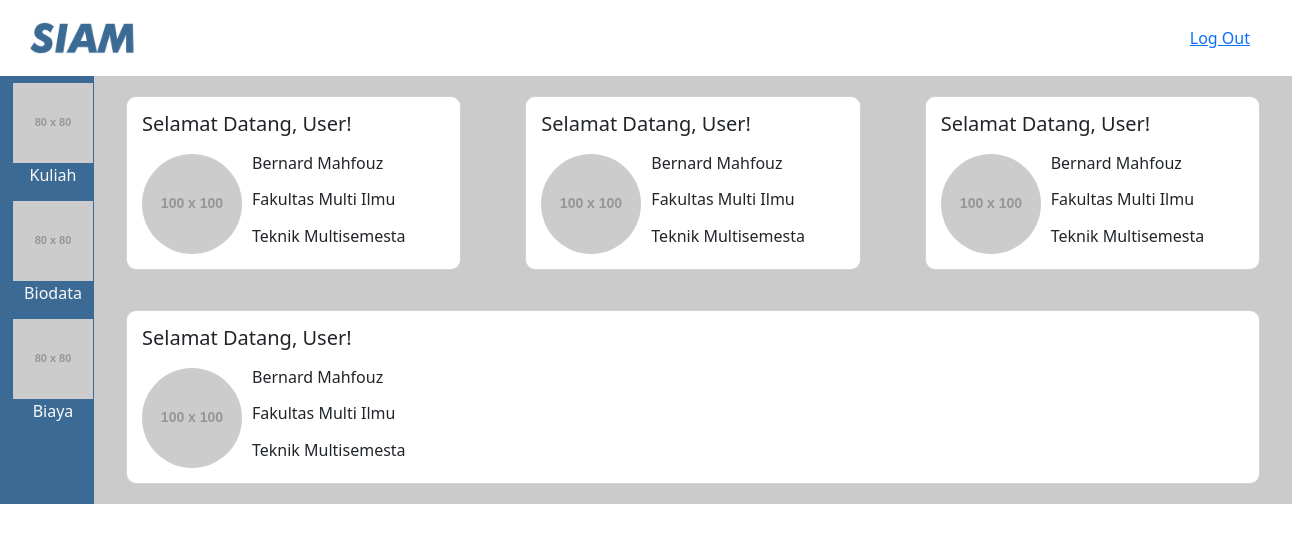
Repository: haikalirf/Project-IMK
Page: kuliah.html
An editor plug-in stored every save of this project. The page is shown before and after the next save, followed by the edit.
The browser window is 1280 px wide. The page is 1292 px wide, so the pictures cover 1292 px, including what lies to the right of the window. The pictures show the whole page.

Above is the page before, as saved 2022-12-10 13:46:52.

After the next save:
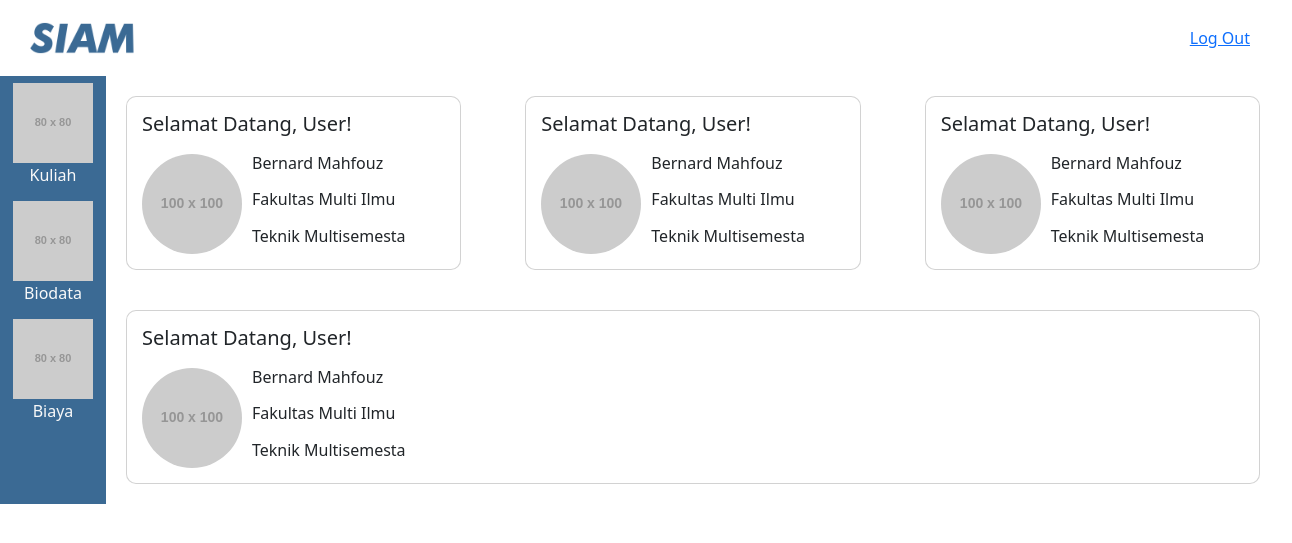
Saved 11 s later.
--- a/kuliah.html
+++ b/kuliah.html
@@ -37,7 +37,7 @@
 		<main>
 
 		</main>
-		<main class="row">
+		<div class="row">
 			<div class="col">
 				<div class="card" id="card-user">
 					<h5 class="card-title">Selamat Datang, User!</h5>
@@ -90,7 +90,7 @@
 					</div>
 				</div>
 			</div>
-		</main>
+		</div>
 	</div>
 	<script src="https://cdn.jsdelivr.net/npm/bootstrap@5.2.3/dist/js/bootstrap.bundle.min.js" integrity="sha384-kenU1KFdBIe4zVF0s0G1M5b4hcpxyD9F7jL+jjXkk+Q2h455rYXK/7HAuoJl+0I4" crossorigin="anonymous"></script>
 </body>

After the 2 saves that followed:
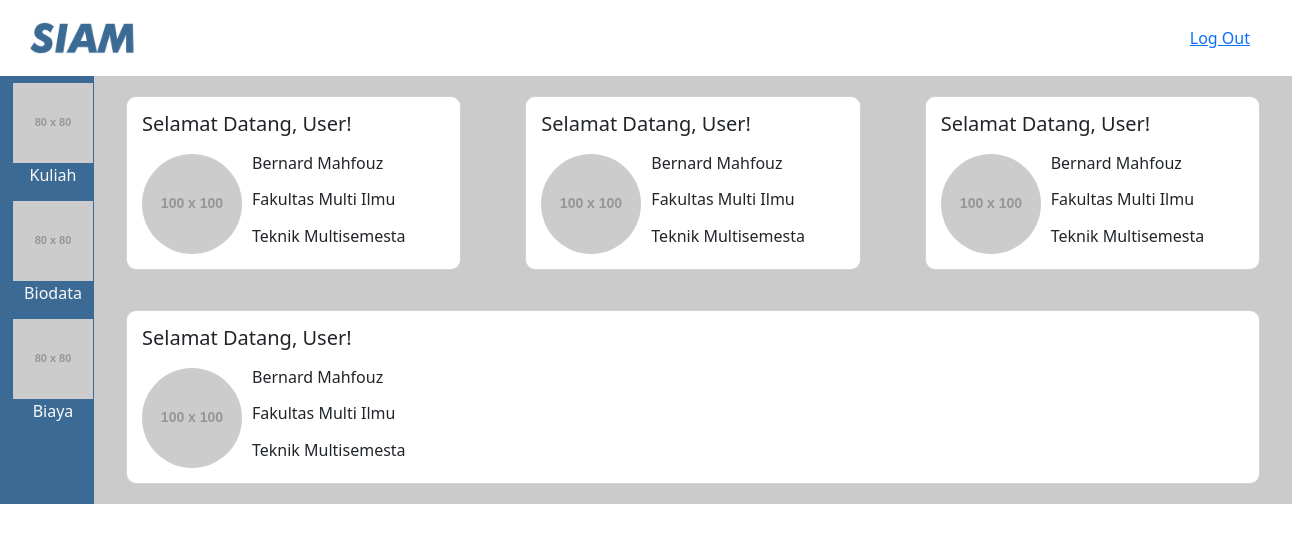
The 2 saves are shown as one change because 1 left the picture as it was.
The last was saved 18 s later.
--- a/kuliah.html
+++ b/kuliah.html
@@ -37,7 +37,7 @@
 		<main>
 
 		</main>
-		<div class="row">
+		<div class="row main-rows">
 			<div class="col">
 				<div class="card" id="card-user">
 					<h5 class="card-title">Selamat Datang, User!</h5>
--- a/styles/kuliah.css
+++ b/styles/kuliah.css
@@ -26,7 +26,7 @@ a img, a label {
 	color: #f9f9f9;
 }
 
-main {
+.main-rows{
 	background-color: #cbcbcb;
 }
 
